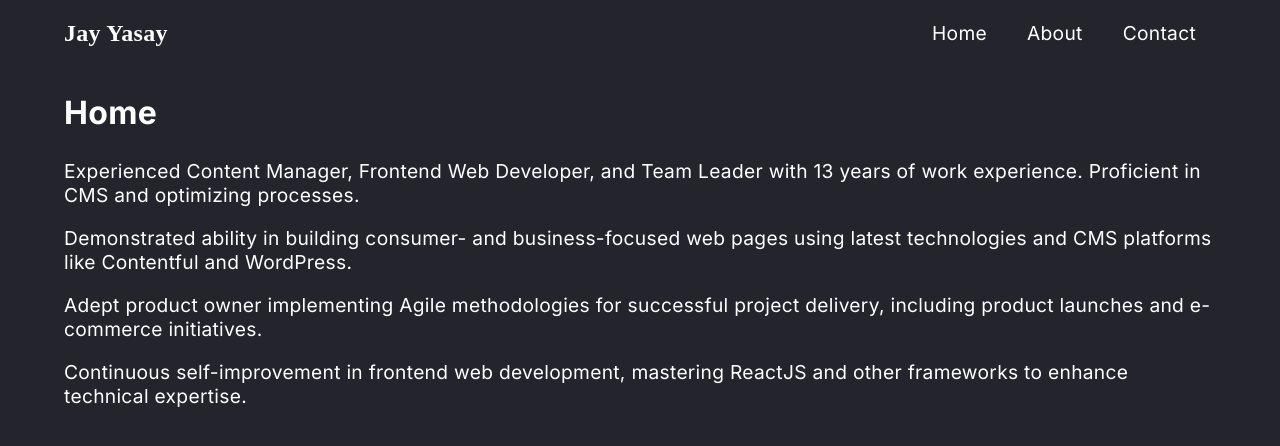
Repository: jayyasay/portfolio
Page: /
The author's editor kept a copy of each file at every save. The page is drawn from the files as they stood at one save, then again after the next save.
The browser window is 1280 px wide. The pictures show the whole page.
Some web fonts or font styles are not loaded; a fallback is used. The project was rebuilt for these pictures with package versions that can differ from the ones it lists, and the page was loaded fresh each time. Also part of the build but not shown: src/App.css, src/pages/About.js.

Above is the page before, as saved 2023-09-19 17:27:59.

### src/index.css
@import url('https://fonts.googleapis.com/css2?family=Inter:wght@100;200;300;400;500;600;700;800;900&family=Skranji:wght@400;700&display=swap');

body {
  margin: 0;
  font-family: 'Inter', sans-serif;
  -webkit-font-smoothing: antialiased;
  -moz-osx-font-smoothing: grayscale;
  background-color: #23242c;
}

body * {
  letter-spacing: 0.3px;
}

h1 {
  font-family: 'Skranji', cursive;
  color: #fff;
}

code {
  font-family: source-code-pro, Menlo, Monaco, Consolas, 'Courier New',
    monospace;
}

h1, h2, h3, h4, h5, h6, p {
  color: #fff
}

h2 {
  font-size: 2rem;
}

p,a  {
  font-size: 1.2rem;
}

#root {
  padding: 0 20px;
}

@media screen and (min-width: 768px) {
  #root {
    padding: 0;
  }
}

### src/App.js
import './App.css';
import Navigation from './components/Navigation';
import { BrowserRouter as Router, Routes, Route } from 'react-router-dom';
import Home from './pages/Home';
import About from './pages/About';

function App() {
  return (
    <>
      <Router>
        <Navigation />
        <Routes>
          <Route path="/" element={<Home />} />
          <Route path="/about" element={<About />} />
          {/* You can add a route for Contact here when you're ready */}
        </Routes>
      </Router>
    </>
  );
}

export default App;

### src/components/Navigation.js
import React, { useState } from "react";
import styled from "styled-components";
import { Link } from "react-router-dom";

const Nav = styled.nav`
  background-color: #23242c;
  display: flex;
  flex-direction: column;

  @media screen and (min-width: 768px) {
    flex-direction: row;
  }
`;

const Wrapper = styled.div`
  @media screen and (min-width: 768px) {
    display: flex;
    flex-direction: row;
    width: 90%;
    margin: auto;
  }
`;

const StyledLink = styled(Link)`
  display: flex;
  align-items: center;
  padding: 10px 20px;
  color: white;
  text-align: center;
  text-decoration: none;
  justify-content: center;

  @media screen and (min-width: 768px) {
    height: 100%;
    padding: 0 20px;
    &:hover {
      background-color: #ddd;
      color: black;
    }
  }
`;

const BurgerIcon = styled.span`
  display: none;
  @media screen and (max-width: 767px) {
    display: block;
    position: absolute;
    right: 20px;
    top: 24px;
    cursor: pointer;
    color: #fff;
  }
`;

const NavItems = styled.div`
  @media screen and (max-width: 767px) {
    display: flex;
    flex-direction: column;
    align-items: center;
    width: 100%;
    max-height: ${(props) =>
      props.open
        ? "100vh"
        : "0"};
    transition: max-height 0.2s ease-in-out;
    text-align: center;
    height: calc(100vh - 72.81px);
    background-color: #33363D;
    position: absolute;
    top: 72.81px;
    left: 0;
    overflow: hidden;
  }

  @media screen and (min-width: 768px) {
    align-items: center;
    margin-left: auto;
    display: flex;
  }
`;

const Navigation = () => {
  const [isOpen, setIsOpen] = useState(false);

  return (
    <Nav>
      <Wrapper>
        <h1>Jay Yasay</h1>
        <BurgerIcon onClick={() => setIsOpen(!isOpen)}>☰</BurgerIcon>
        <NavItems open={isOpen}>
          <StyledLink to="/" onClick={() => setIsOpen(!isOpen)}>
            Home
          </StyledLink>
          <StyledLink to="/about" onClick={() => setIsOpen(!isOpen)}>
            About
          </StyledLink>
          <StyledLink to="#" onClick={() => setIsOpen(!isOpen)}>
            Contact
          </StyledLink>
        </NavItems>
      </Wrapper>
    </Nav>
  );
};

export default Navigation;

### src/pages/Home.js
import styled from "styled-components";

const HomeWrapper = styled.div`
  @media screen and (min-width: 768px) {
    max-width: 90%;
    margin: auto;
  }
`;

const Home = () => {
  return (
    <>
      <HomeWrapper>
        <h2>Home</h2>
        <p>
          Experienced Content Manager, Frontend Web Developer, and Team Leader
          with 13 years of work experience. Proficient in CMS and optimizing
          processes.
        </p>
        <p>
          Demonstrated ability in building consumer- and business-focused web
          pages using latest technologies and CMS platforms like Contentful and
          WordPress.
        </p>
        <p>
          Adept product owner implementing Agile methodologies for successful
          project delivery, including product launches and e-commerce
          initiatives.
        </p>
        <p>
          Continuous self-improvement in frontend web development, mastering
          ReactJS and other frameworks to enhance technical expertise.
        </p>
      </HomeWrapper>
    </>
  );
};

export default Home;

Loaded but not shown: public/index.html (common file); src/index.js (common file); src/reportWebVitals.js (common file)

After the next save:
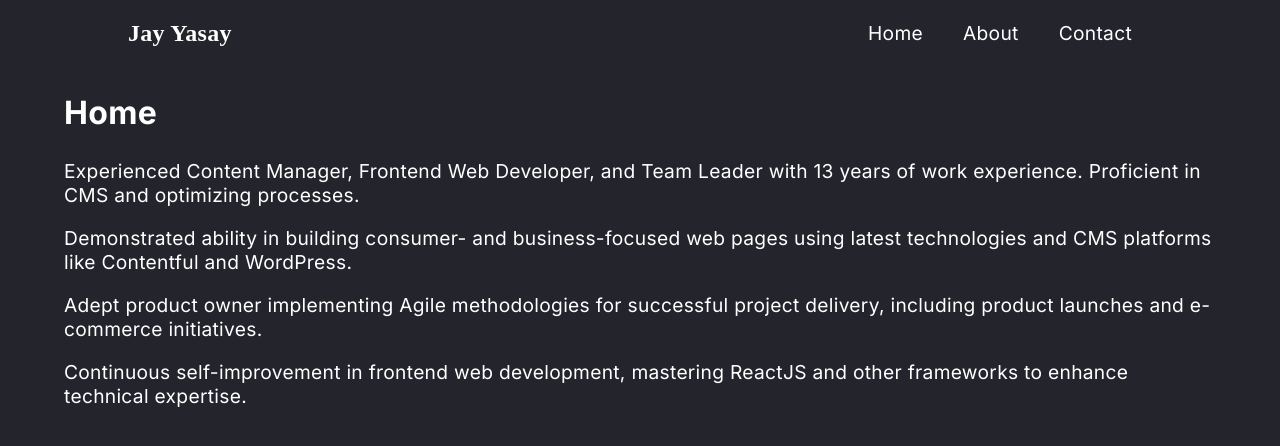
Saved 60 s later.
--- a/src/components/Navigation.js
+++ b/src/components/Navigation.js
@@ -16,7 +16,7 @@
   @media screen and (min-width: 768px) {
     display: flex;
     flex-direction: row;
-    width: 90%;
+    width: 1024px;
     margin: auto;
   }
 `;
